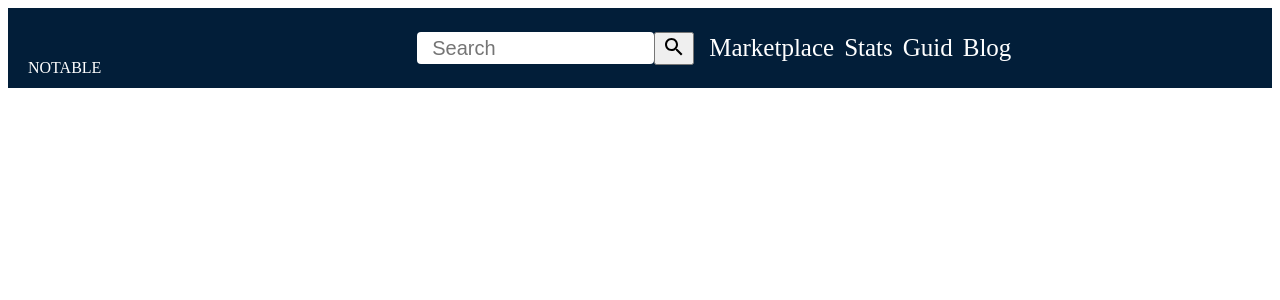
Repository: cvsschaitanya/test
Page: /
These files come from the project's save history. The page is drawn as it stood at one moment and after the next save; the edit follows.
The browser window is 1280 px wide. The pictures show the whole page.
The project was rebuilt for these pictures with package versions that can differ from the ones it lists, and the page was loaded fresh each time.

Above is the page before, as saved 2021-10-20 23:34:30.

After the next save:
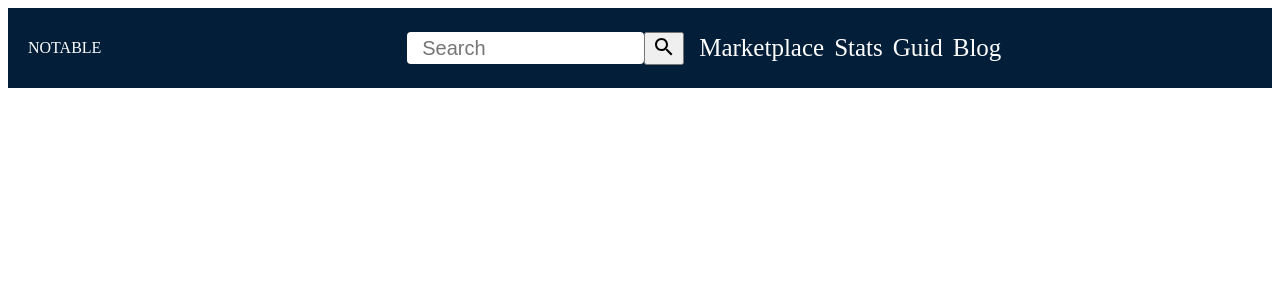
Saved 7 s later.
--- a/src/components/NavBar.css
+++ b/src/components/NavBar.css
@@ -14,7 +14,7 @@
 .NavBar .Home{
     color: white;
     font: 20px;
-    margin: 20px;
+    margin-left: 20px;
     height:100%;
     display: flex;
     justify-content: center;
